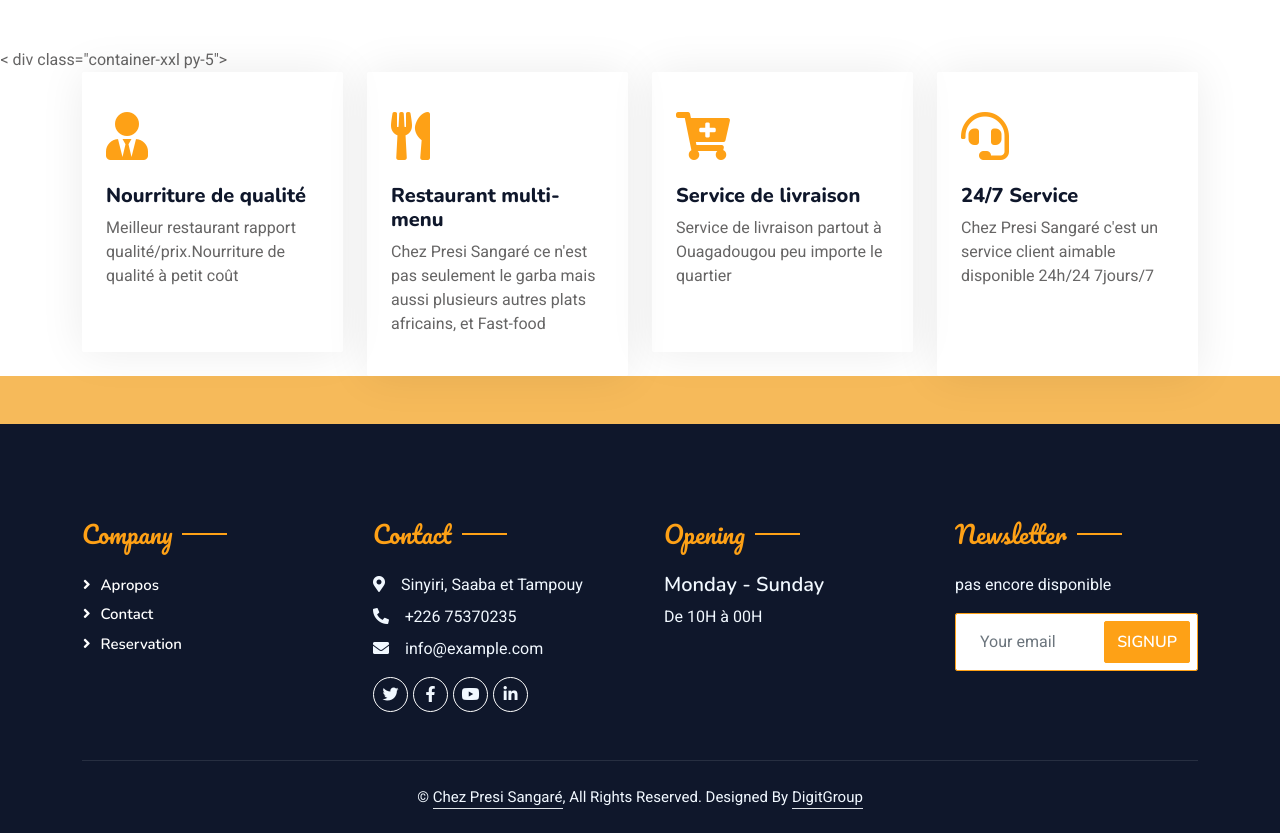
Repository: BDGomar/Presi
Page: service.html
An editor plug-in stored every save of this project. The page is shown before and after the next save, followed by the edit.
The browser window is 1280 px wide. The pictures show the part of the page from y = 397 to 1302 px (the page is 1230 px tall before and 1302 px after).
Some web libraries are served in a nearby version.

Above is the page before, as saved 2024-11-12 19:48:04.

After the next save:
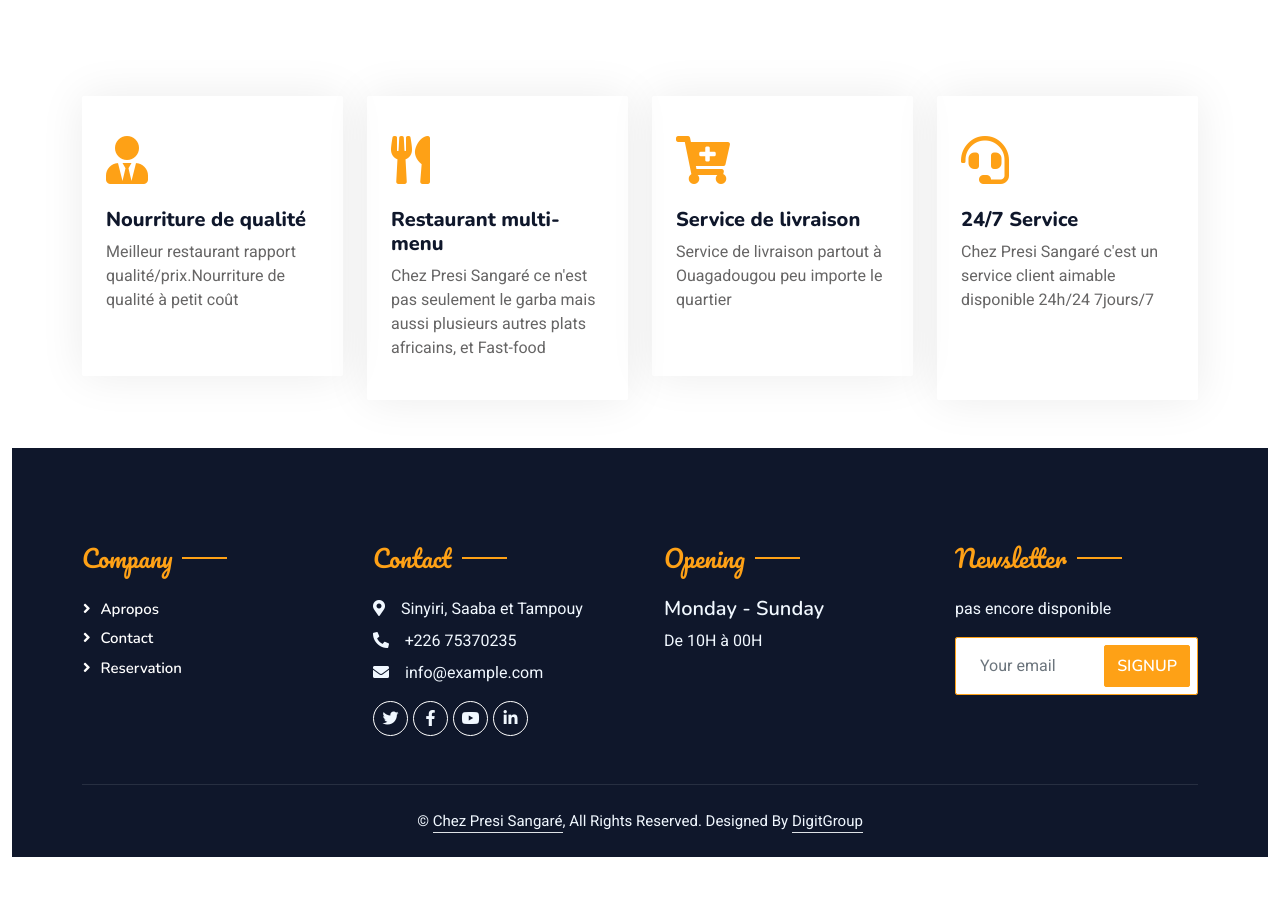
Saved 8 s later.
--- a/service.html
+++ b/service.html
@@ -90,7 +90,7 @@
 
 
         <!-- Service Start -->
-       < div class="container-xxl py-5">
+       <div class="container-xxl py-5">
         <div class="container">
             <div class="row g-4">
                 <div class="col-lg-3 col-sm-6 wow fadeInUp" data-wow-delay="0.1s">
@@ -131,7 +131,7 @@
                 </div>
             </div>
         </div>
-    </div>
+    </di>
     <!-- Service End -->
         <!-- Service End -->
 
